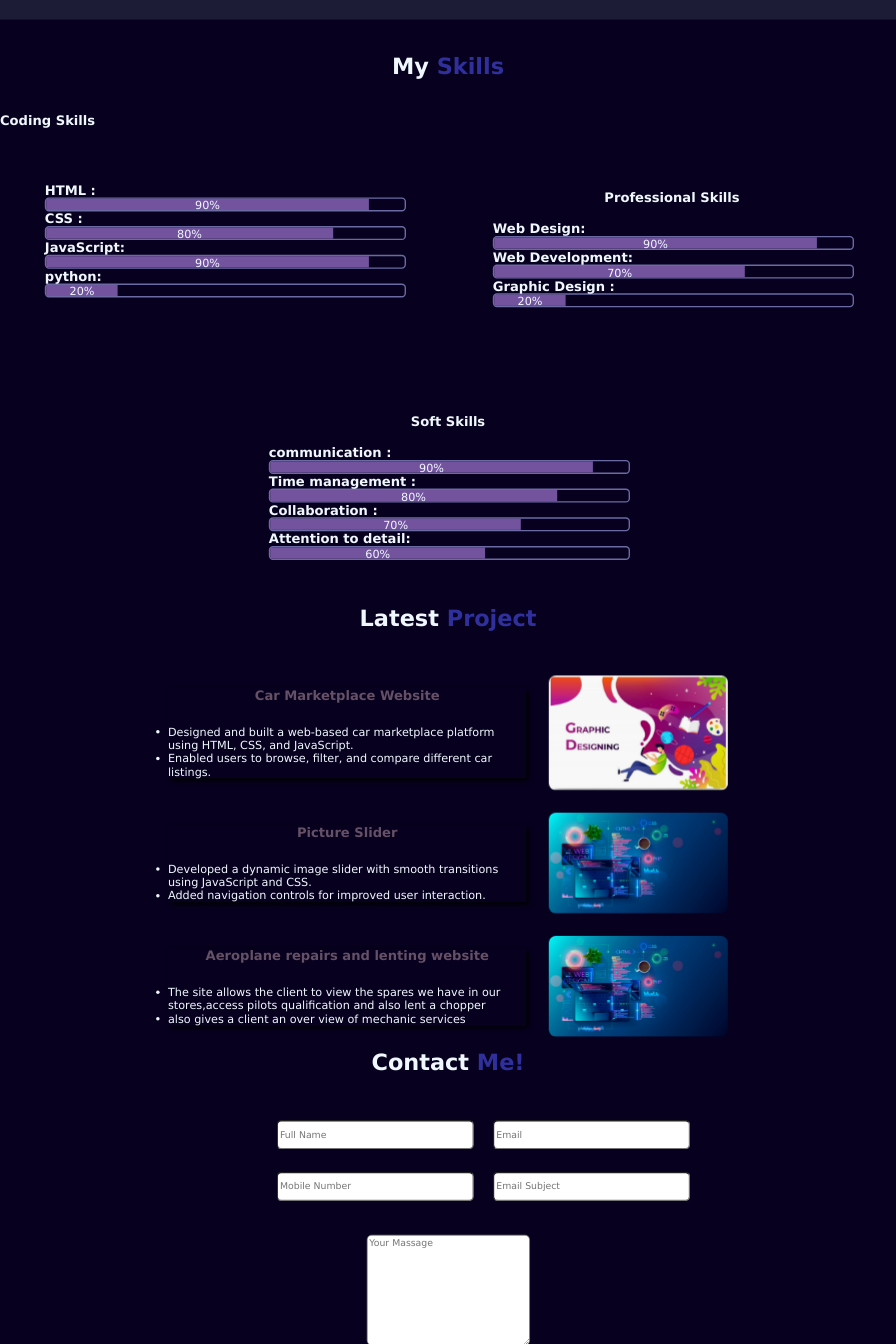
Repository: shrewd-baddest/portfolio
Page: myportfolio-main/index.html
These files come from the project's save history. The page is drawn as it stood at one moment and after a run of saves; the edit follows.
The browser window is 1280 px wide. The pictures show the part of the page from y = 1310 to 3230 px (the page is 3340 px tall before and 3353 px after), at 70% of full size.
Some web libraries are served in a nearby version.

Above is the page before, as saved 2025-06-24 07:48:53.

After the next 2 saves:
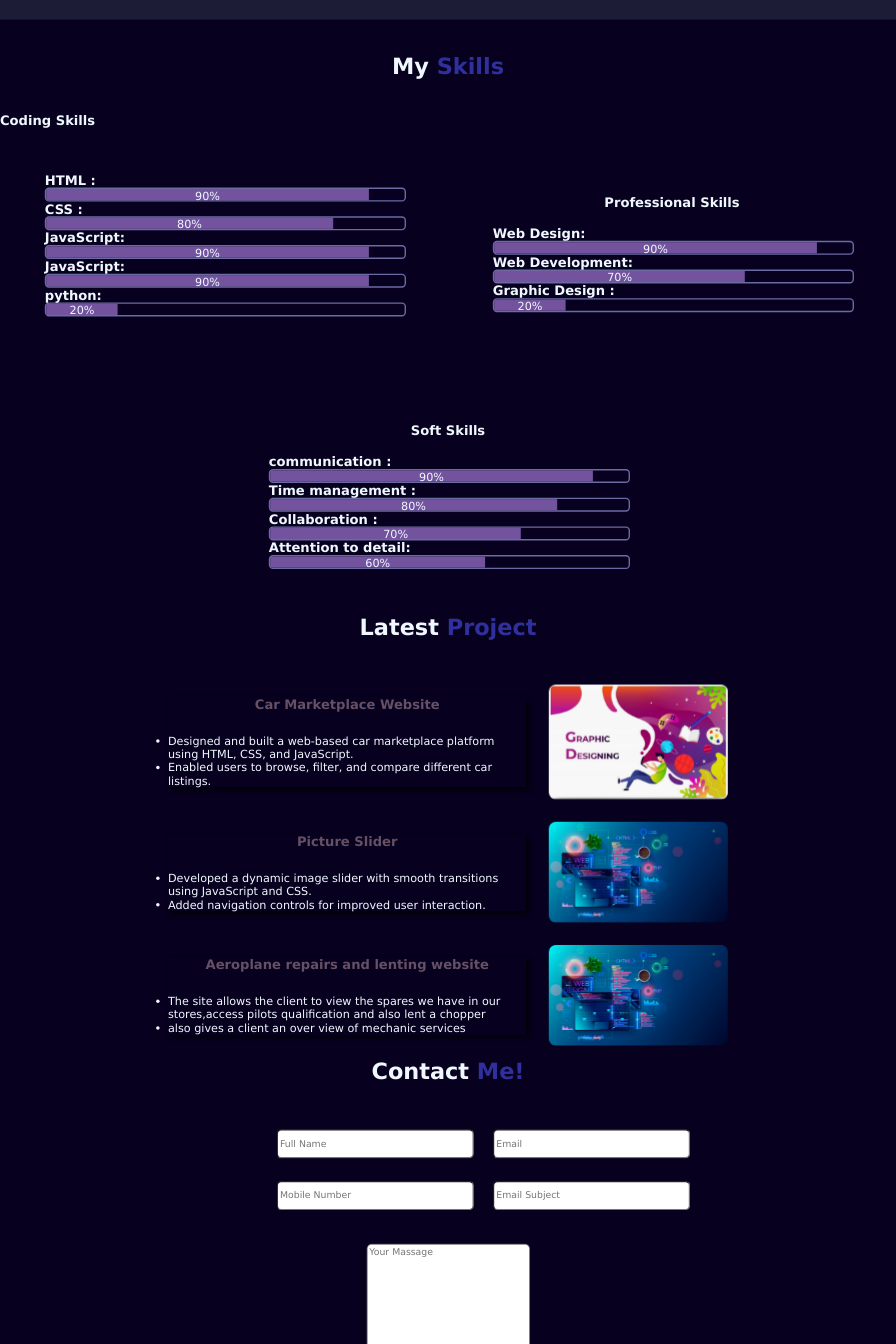
The 2 saves are shown as one change because they came seconds apart.
The last was saved 18 s later.
--- a/myportfolio-main/index.html
+++ b/myportfolio-main/index.html
@@ -101,7 +101,10 @@
                             <h3><i class='bx box-javascript'></i>JavaScript:</h3>
                             <div class="bar"><div class="js">90%</div></div>
                         </div>
-
+                      <div class="progress">
+                            <h3><i class='bx box-javascript'></i>JavaScript:</h3>
+                            <div class="bar"><div class="js">90%</div></div>
+                        </div>
 
 
                         <div class="progress">
